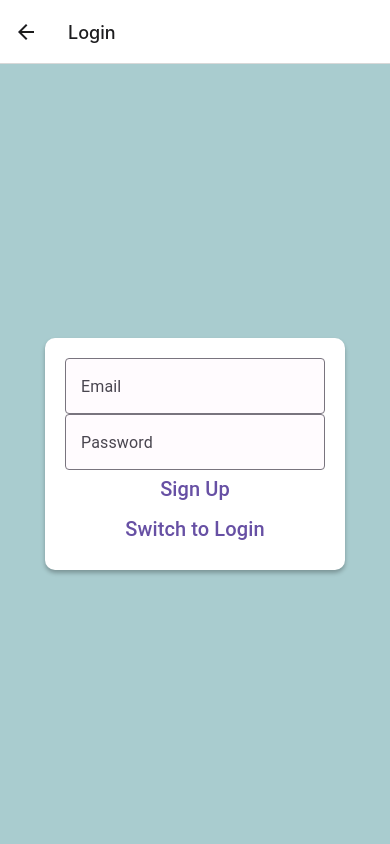
Repository: SaudCh/Expo-Pethub
Screen: /Login
The author's editor kept a copy of each file at every save. The screen is drawn from the files as they stood at one save, then again after the next save.
The app was drawn by React Native's web renderer in a window 390 px wide. The project was rebuilt for these pictures with package versions that can differ from the ones it lists, and the page was loaded fresh each time.

Above is the screen before, as saved 2022-11-14 23:59:06.

After the next save:
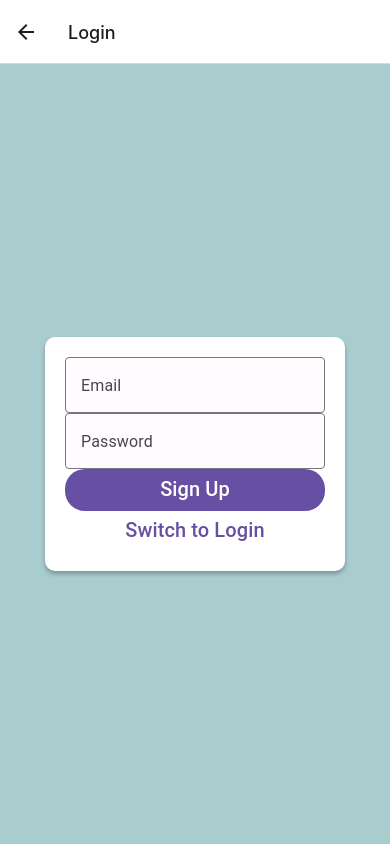
Saved 16 s later.
--- a/Screens/Login.js
+++ b/Screens/Login.js
@@ -33,7 +33,7 @@ export default function Login() {
                     />
                 </View>
                 <View>
-                    <Button onPress={() => register()} >
+                    <Button mode="contained" onPress={() => register()} >
                         <Text style={{ ...styles.bottomText }}>Sign Up</Text>
                     </Button>
 
